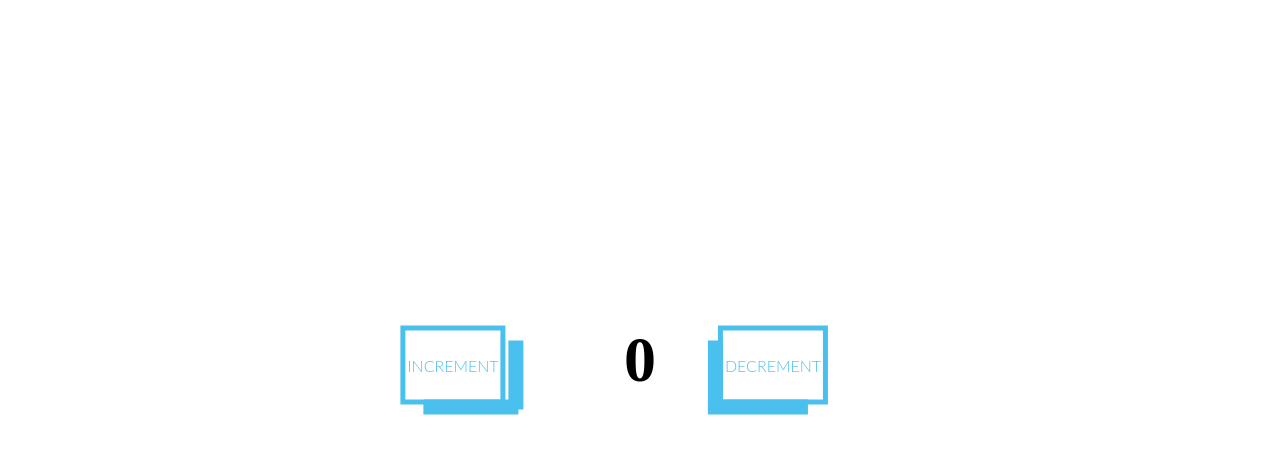
Repository: Ellisvelandia/react_introduction_test
Page: /
These files come from the project's save history. The page is drawn as it stood at one moment and after the next save; the edit follows.
The browser window is 1280 px wide. The pictures show the whole page.
The project was rebuilt for these pictures with package versions that can differ from the ones it lists, and the page was loaded fresh each time. Also part of the build but not shown: src/index.css.

Above is the page before, as saved 2022-08-15 20:12:33.

### src/App.js
import "./App.scss";
import React, { useState } from "react";

const App = () => {
  const [num, changeNum] = useState(0);

  const incrementNum = () => {
    changeNum(num + 2);
  };

  const decrementNum = () => {
    if (num - 1 < 0) {
      alert(`you can't decrease than 0`);
    } else {
      changeNum(num - 2);
    }
  };

  return (
    <>
      <div className="container">
        <h1>{num}</h1>
        <button className="button_I" onClick={incrementNum}>Increment</button>
        <button className="button_D" onClick={decrementNum}>Decrement</button>
      </div>
    </>
  );
};

export default App;

### src/App.scss
* {
  margin: 0;
  padding: 0;
  box-sizing: border-box;
}

body {
  width: 100%;
  height: 100vh;
  display: flex;
  justify-content: center;
  align-items: center;
  flex-direction: column;
}

.container {
  align-self: center;
}

h1 {
  text-align: center;
  font-size: 4rem;
}

button {
  font-size: 1rem;
  margin: 5px;
  font-family: "Lato", sans-serif;
  font-weight: 300;
}


.button_I {
  position: absolute;
  left: 35%;
  top: 50%;
  transform: translateX(-50%) translateY(-50%);

  background: #fff;
  max-width: 120px;
  padding: 25px 2px;

  border: 5px solid #4ac0ee;
  color: #4ac0ee;
  text-transform: uppercase;
  text-align: center;

  z-index: 2;
  transition: all 0.15s 0.15s ease-out;

  &:after,
  &:before {
    position: absolute;
    width: 100%;
    max-width: 100%;
    top: 100%;
    left: 0;
    bottom: -10px;
    content: "";
    z-index: 1;
    transition: all 0.15s 0.15s ease-out;
  }

  &:before {
    background: #4ac0ee;
    top: 10px;
    left: 103px;
    height: 100%;
    width: 15px;
  }

  &:after {
    width: 100%;
    background: #4ac0ee;
    right: 0px;
    left: 18px;
    height: 15px;
  }

  &:hover {
    background: #4ac0ee;
    color: #fff;
    margin-left: -7.5px;
    margin-bottom: -7.5px;

    &:after,
    &:before {
      top: 100%;
      left: 0;
      bottom: 0px;
    }

    &:before {
      top: 0px;
      left: 0px;
      width: 0px;
    }

    &:after {
      right: 0px;
      left: 0px;
      height: 0px;
    }
  }
}



.button_D {
  position: absolute;
  left: 60%;
  top: 50%;
  transform: translateX(-50%) translateY(-50%);

  background: #fff;
  max-width: 120px;
  padding: 25px 2px;

  border: 5px solid #4ac0ee;
  color: #4ac0ee;
  text-transform: uppercase;
  text-align: center;

  z-index: 2;
  transition: all 0.15s 0.15s ease-out;

  &:after,
  &:before {
    position: absolute;
    width: 100%;
    max-width: 100%;
    top: 100%;
    left: 0;
    bottom: -10px;
    content: "";
    z-index: 1;
    transition: all 0.15s 0.15s ease-out;
  }

  &:before {
    background: #4ac0ee;
    top: 10px;
    left: -15px;
    height: 100%;
    width: 15px;
  }

  &:after {
    width: 100%;
    background: #4ac0ee;
    right: 0px;
    left: -15px;
    height: 15px;
  }

  &:hover {
    background: #4ac0ee;
    color: #fff;
    margin-left: -7.5px;
    margin-bottom: -7.5px;

    &:after,
    &:before {
      top: 100%;
      left: 0;
      bottom: 0px;
    }

    &:before {
      top: 0px;
      left: 0px;
      width: 0px;
    }

    &:after {
      right: 0px;
      left: 0px;
      height: 0px;
    }
  }
}

Loaded but not shown: public/index.html (common file); src/index.js (common file); src/reportWebVitals.js (common file)

After the next save:
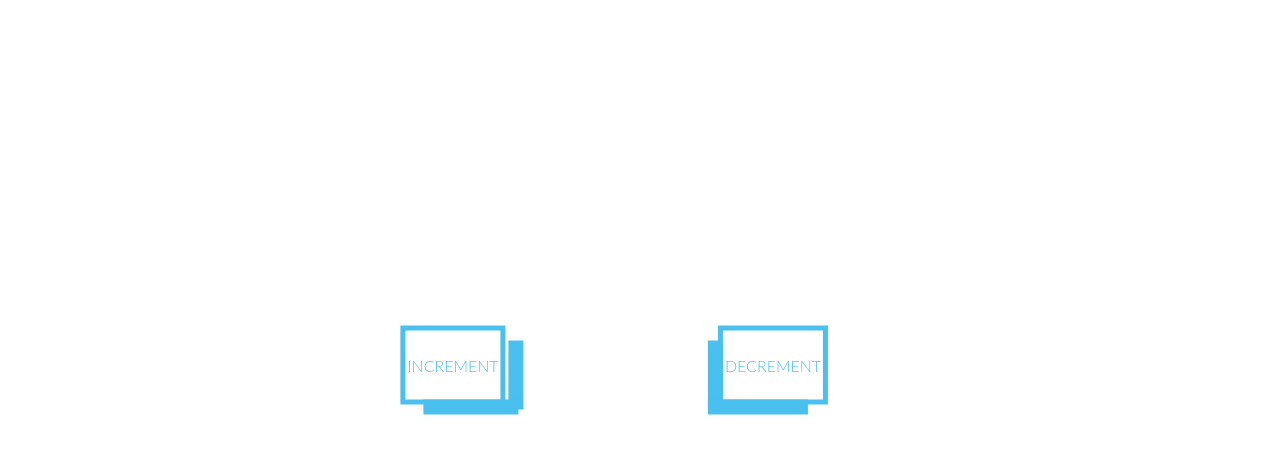
Saved 24 s later.
--- a/src/App.scss
+++ b/src/App.scss
@@ -18,8 +18,10 @@ body {
 }
 
 h1 {
-  text-align: center;
-  font-size: 4rem;
+  position: absolute;
+  left: 60%;
+  top: 50%;
+  transform: translateX(-50%) translateY(-50%);
 }
 
 button {
